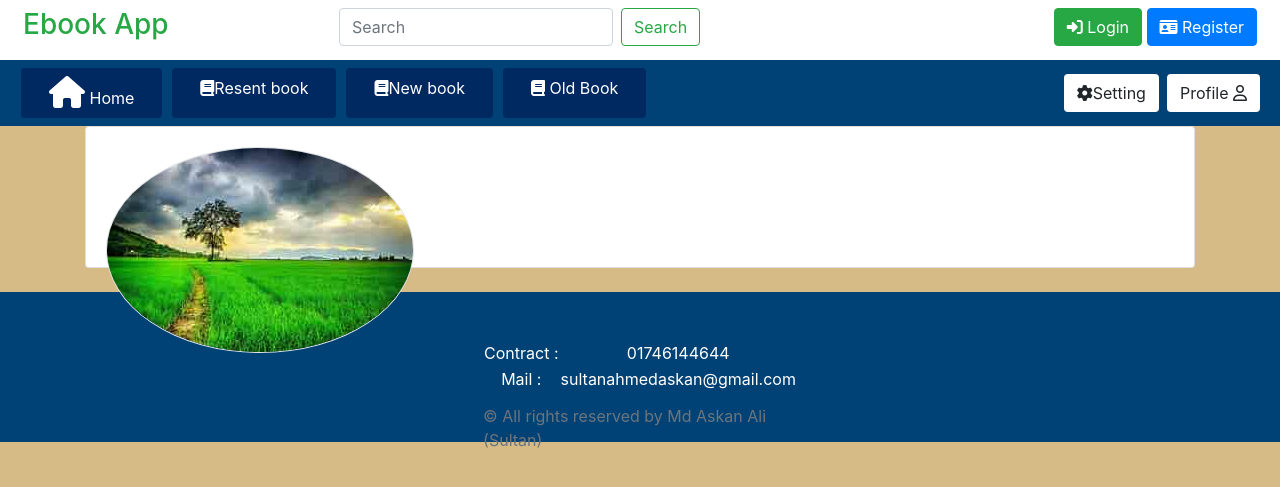
Repository: sultanaskan/EbookApp
Page: http://localhost/ebook/profile.jsp
The author's editor kept a copy of each file at every save. The page is drawn from the files as they stood at one save, then again after the next save.
The browser window is 1280 px wide. The pictures show the whole page.
The page is served by Tomcat 9.

Above is the page before, as saved 2024-05-06 07:59:55.

After the next save:
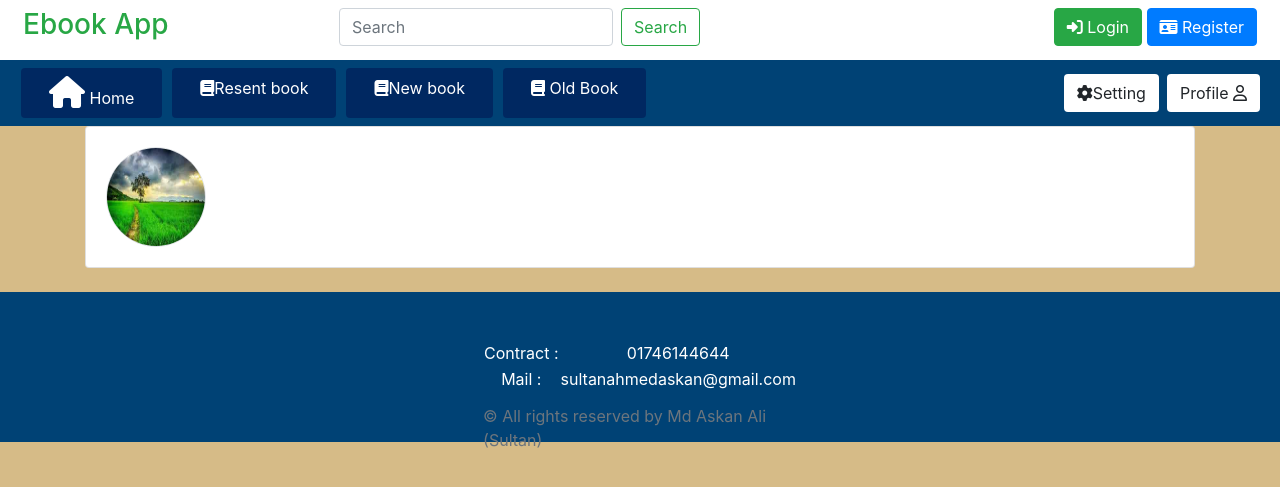
Saved 46 s later.
--- a/ebook/src/main/webapp/profile.jsp
+++ b/ebook/src/main/webapp/profile.jsp
@@ -25,7 +25,7 @@
 		<div class="card text-center">
 			<div class="card-body jusify-content-center align-item-center">
 				<div class="" style="width: 100px; height: 100px;">
-					<img class="rounded-circle border w-5 h-5 r " alt=""
+					<img height="100px" width="100px" class="rounded-circle border w-5 h-5 r " alt=""
 						src="data:[embedded picture, 7115 characters]">
 
 				</div>
